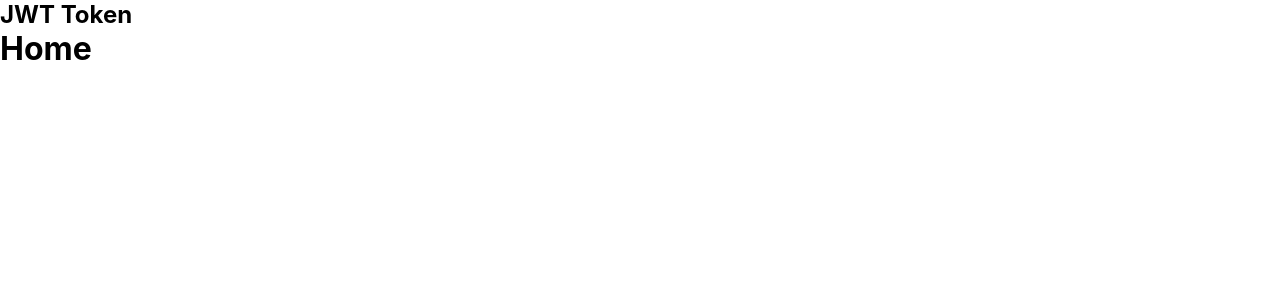
Repository: Prafullkuma/jwttoken
Page: /
The author's editor kept a copy of each file at every save. The page is drawn from the files as they stood at one save, then again after the next save.
The browser window is 1280 px wide. The pictures show the whole page.
The project was rebuilt for these pictures with package versions that can differ from the ones it lists, and the page was loaded fresh each time. Also part of the build but not shown: src/App.css, src/component/Auth/Signup.js, src/component/Auth/Signin.js, src/component/User/User.js, src/component/Admin/Dashboard.js.

Above is the page before, as saved 2020-08-22 20:32:15.

### src/App.js
import React from 'react';
import { BrowserRouter, Route } from 'react-router-dom'
import './App.css';
import Navbar from './component/Navbar'
import Signup from './component/Auth/Signup';
import Signin from './component/Auth/Signin';
import User from './component/User/User';
import Dashboard from './component/Admin/Dashboard';
import Home from './component/Home/Home';

function App() {
  return (
    <div className="App">
      <BrowserRouter>
        <Navbar />
        <Route path="/signup" component={Signup} />
        <Route path="/signin" component={Signin} />
        <Route path="/user" component={User} />
        <Route path="/admin" component={Dashboard} />
        <Route exact path="/" component={Home} />
      </BrowserRouter>
    </div>
  );
}

export default App;

### src/component/Navbar.js
import React from 'react'

function Navbar() {
    return (
        <div>
            <section>
                <h1>JWT Token</h1>
                <nav className="navbar-items">

                </nav>
            </section>
        </div>
    )
}

export default Navbar

Loaded but not shown: src/index.js (common file); src/index.css (common file); src/component/Home/Home.js (common file)

After the next save:
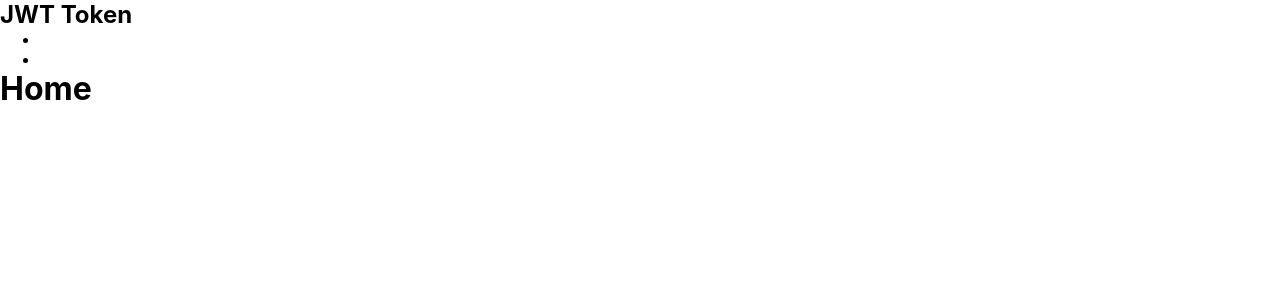
Saved 26 s later.
--- a/src/component/Navbar.js
+++ b/src/component/Navbar.js
@@ -6,6 +6,10 @@ function Navbar() {
             <section>
                 <h1>JWT Token</h1>
                 <nav className="navbar-items">
+                    <ul>
+                        <li></li>
+                        <li></li>
+                    </ul>
 
                 </nav>
             </section>
